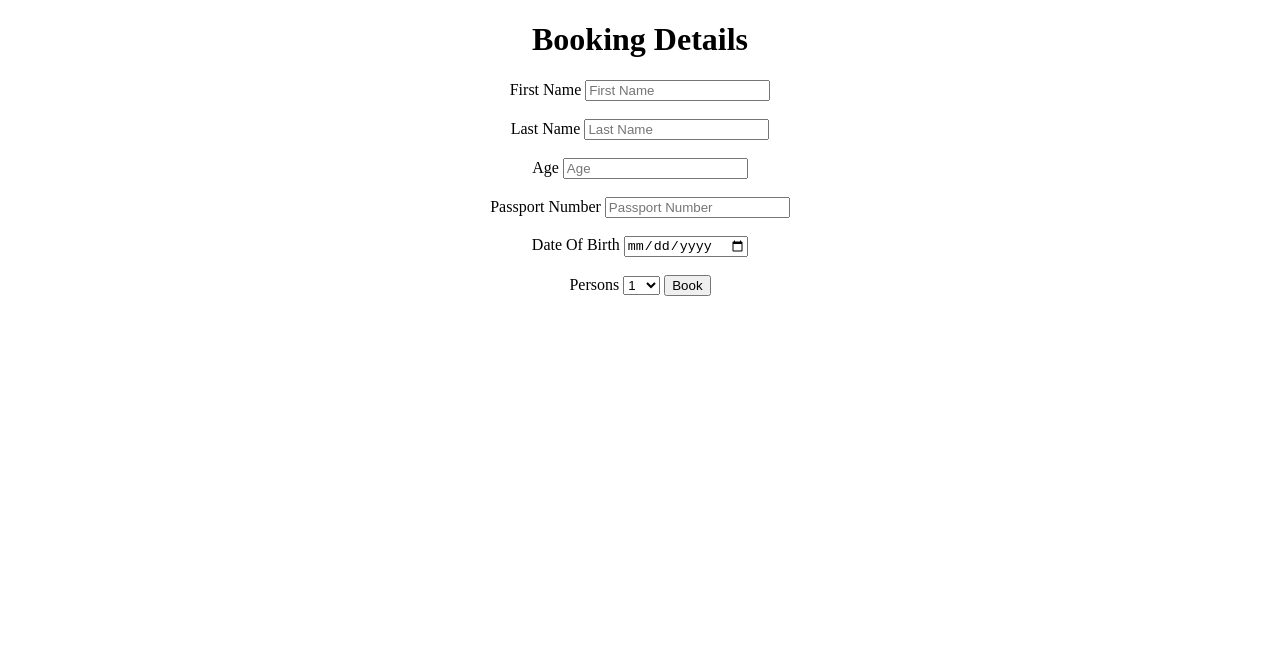
Repository: kalpesh3070/backend2
Page: flyaway/src/main/webapp/Ticket_booking.html
These files come from the project's save history. The page is drawn as it stood at one moment and after the next save; the edit follows.
The browser window is 1280 px wide. The pictures show the whole page.

Above is the page before, as saved 2022-11-11 03:50:23.

After the next save:
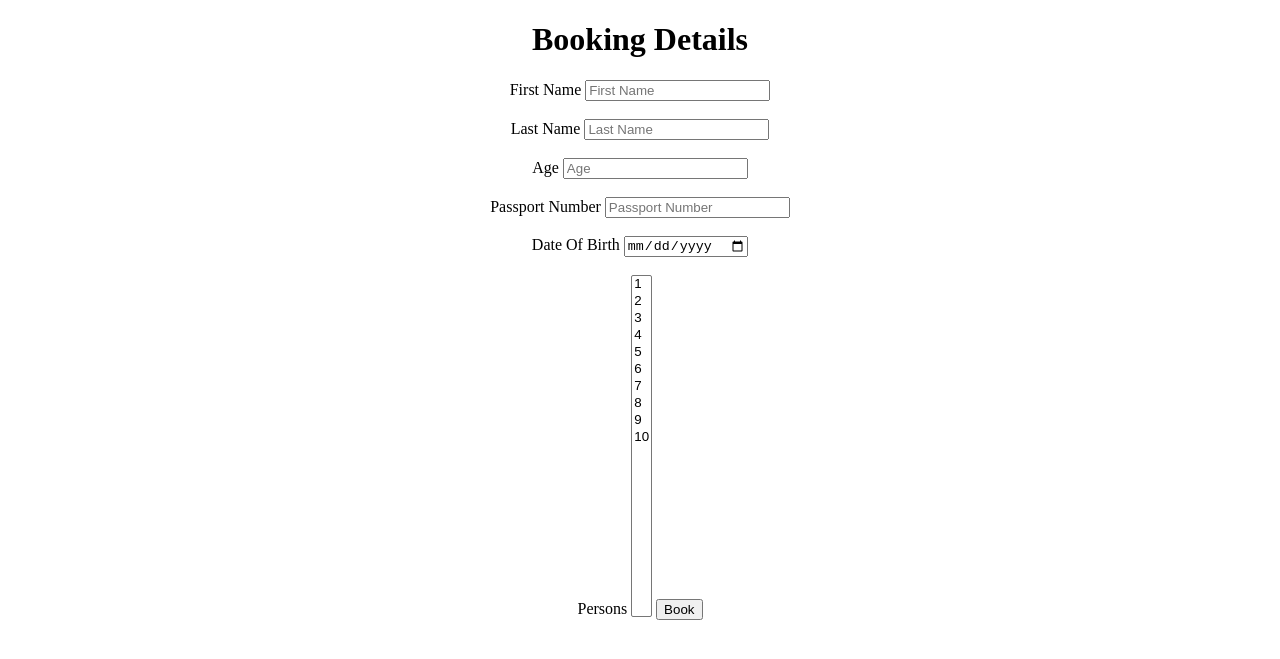
Saved 31 s later.
--- a/flyaway/src/main/webapp/Ticket_booking.html
+++ b/flyaway/src/main/webapp/Ticket_booking.html
@@ -18,7 +18,7 @@
 <label>Date Of Birth</label>
 <input type="date" name="dob"size="20"><br><br>
 <label>Persons</label>
-<select>
+<select size="20">
 <option value="1">1</option>
 <option value="2">2</option>
 <option value="3">3</option>

After the save that followed:
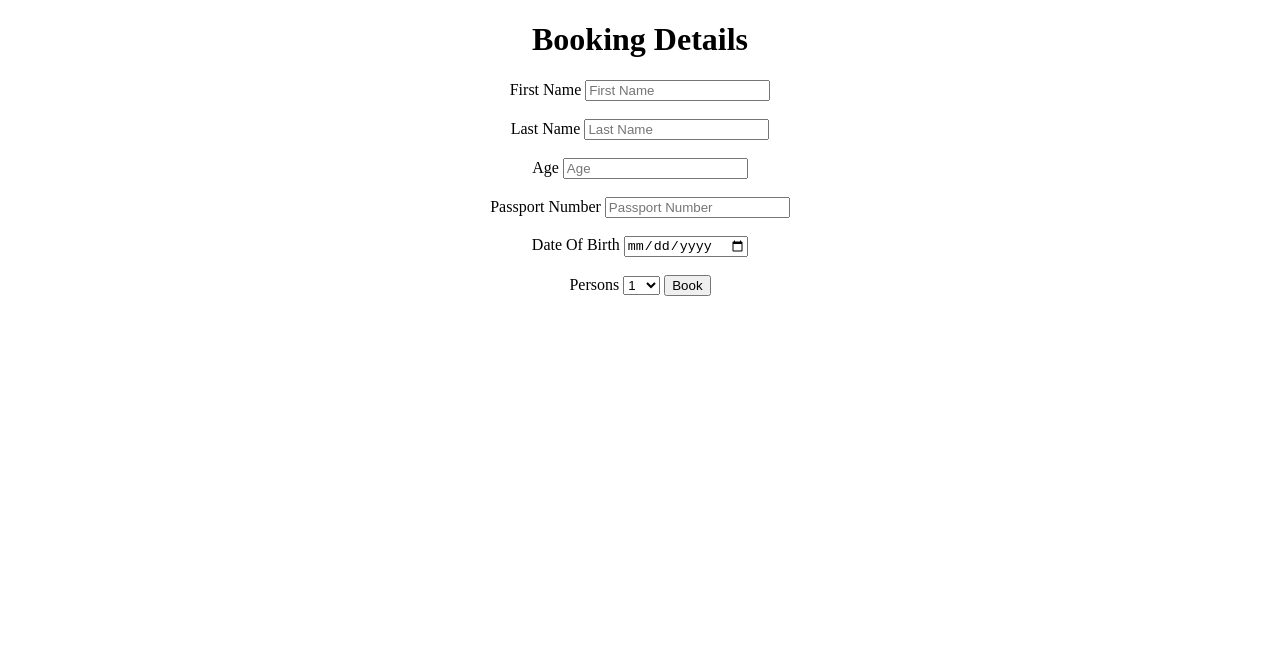
Saved 24 s later.
--- a/flyaway/src/main/webapp/Ticket_booking.html
+++ b/flyaway/src/main/webapp/Ticket_booking.html
@@ -18,7 +18,7 @@
 <label>Date Of Birth</label>
 <input type="date" name="dob"size="20"><br><br>
 <label>Persons</label>
-<select size="20">
+<select >
 <option value="1">1</option>
 <option value="2">2</option>
 <option value="3">3</option>
